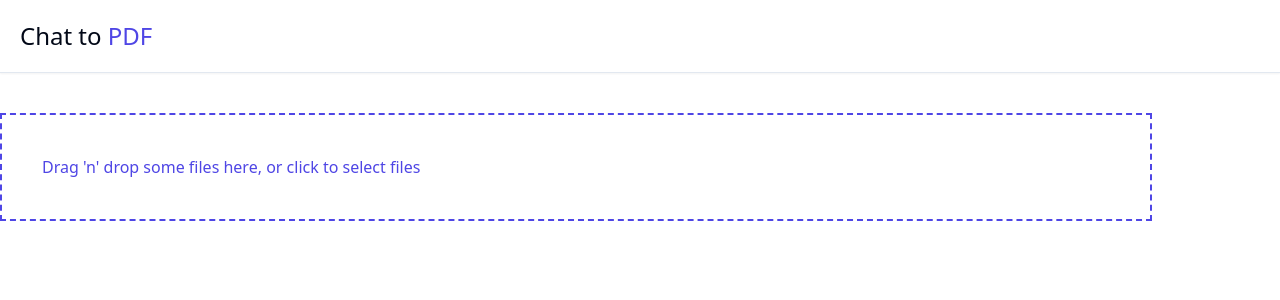
Repository: JonoSuave/chat-with-pdf
Page: /dashboard/upload
These files come from the project's save history. The page is drawn as it stood at one moment and after the next save; the edit follows.
The browser window is 1280 px wide. The pictures show the whole page.
The page's requests for data from a server got no answer. The project was rebuilt for these pictures with package versions that can differ from the ones it lists, and the page was loaded fresh each time. Some packages were replaced by stand-ins written for this rebuild. The framework's server and built-in components were replaced by stand-ins that run in the browser. No one was signed in, and anything a server would have sent is missing. Also part of the build but not shown: next.config.mjs, src/lib/utils.ts, src/components/ui/button.tsx.

Above is the page before, as saved 2024-07-24 09:54:25.

### src/app/layout.tsx
import { ClerkProvider } from "@clerk/nextjs";
import "./globals.css";
// import Header from "@/components/Header";

export default function RootLayout({
	children,
}: Readonly<{
	children: React.ReactNode;
}>) {
	return (
		<ClerkProvider>
			<html lang="en">
				<body className="min-h-screen h-screen overflow-hidden flex flex-col">
					{/* <Header /> */}
					{children}
				</body>
			</html>
		</ClerkProvider>
	);
}

### src/app/dashboard/layout.tsx
import Header from "@/components/Header";
import { ClerkLoaded } from "@clerk/nextjs";

function DashBoardLayout({ children }: { children: React.ReactNode }) {
	return (
		<ClerkLoaded>
			<div className="flex-1 flex flex-col h-screen">
				<Header />
				<main className="flex-1 overflow-y-auto">{children}</main>
			</div>
		</ClerkLoaded>
	);
}

export default DashBoardLayout;

### src/app/dashboard/upload/page.tsx
import FileUploader from "@/components/FileUploader";

function UploadPage() {
	return (
		<div>
			<FileUploader />
		</div>
	);
}

export default UploadPage;

### src/components/Header.tsx
"use client";
import { SignedIn, SignedOut, SignInButton, UserButton } from "@clerk/nextjs";
import Link from "next/link";
import React from "react";
import { Button } from "./ui/button";
import { FilePlus2 } from "lucide-react";

export default function Header() {
	return (
		<div className="flex justify-between bg-white shadow-sm p-5 border-b">
			<Link href="/dashboard" className="text-2xl">
				Chat to <span className="text-indigo-600">PDF</span>
			</Link>
			<SignedIn>
				<div className="flex items-center space-x-2">
					<Button asChild variant="link" className="hidden md:flex">
						<Link href="/dashboard/upgrade">Pricing</Link>
					</Button>

					<Button asChild variant="outline">
						<Link href="/dashboard">My Documents</Link>
					</Button>

                    <Button asChild variant="outline">
                        <Link href="/dashboard/upload"><FilePlus2 className="text-indigo-600" /></Link>
                    </Button>
					{/* Upgrade Button */}
					<UserButton />
				</div>
			</SignedIn>
		</div>
	);
}

### src/components/FileUploader.tsx
"use client";
import React, { useCallback } from "react";
import { useDropzone } from "react-dropzone";

function FileUploader() {
	const onDrop = useCallback((acceptedFiles: File[]) => {
		// Do something with the files
	}, []);
	const { getRootProps, getInputProps, isDragActive, isFocused } = useDropzone({ onDrop });
	return (
		<div className="flex flex-col gap-4 item">
            <div
			{...getRootProps()}
			className={`p-10 border-2 border-indigo-600 border-dashed mt-10 w-[90%] text-indigo-600`}>
			<input {...getInputProps()} />
			{isDragActive ? (
				<p>Drop the files here ...</p>
			) : (
				<p>Drag 'n' drop some files here, or click to select files</p>
			)}
		</div>
        </div>
	);
}

export default FileUploader;

Loaded but not shown: src/app/globals.css (common file); tailwind.config.ts (common file)

After the next save:
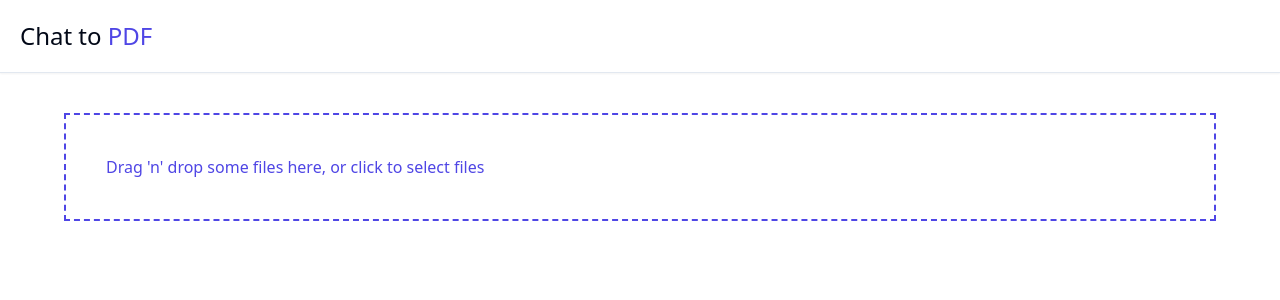
Saved 4 s later.
--- a/src/components/FileUploader.tsx
+++ b/src/components/FileUploader.tsx
@@ -8,7 +8,7 @@ function FileUploader() {
 	}, []);
 	const { getRootProps, getInputProps, isDragActive, isFocused } = useDropzone({ onDrop });
 	return (
-		<div className="flex flex-col gap-4 item">
+		<div className="flex flex-col gap-4 items-center max">
             <div
 			{...getRootProps()}
 			className={`p-10 border-2 border-indigo-600 border-dashed mt-10 w-[90%] text-indigo-600`}>
